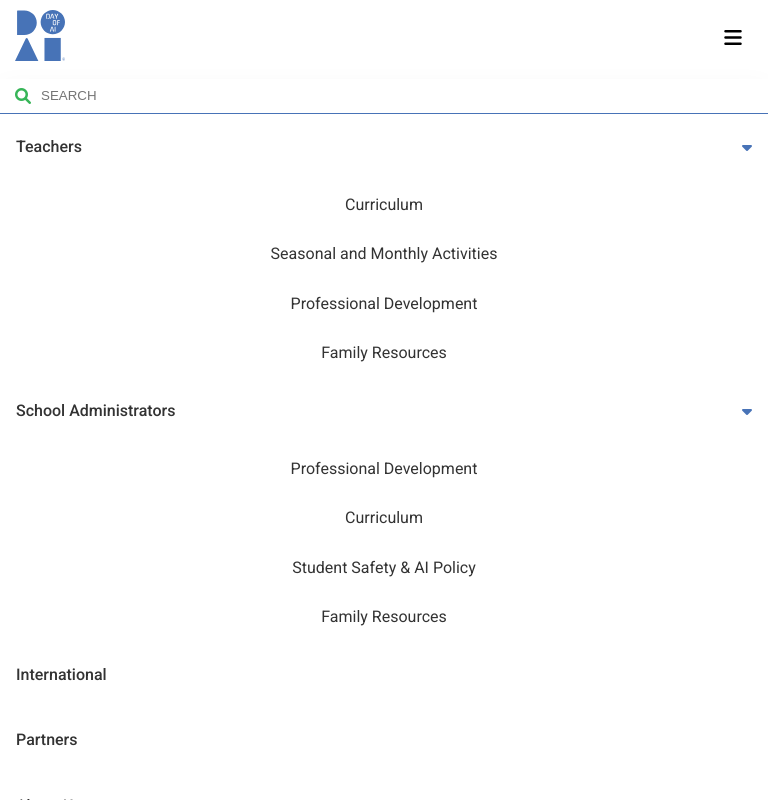
Repository: dinhtri123/dayofai
Page: index.html
These files come from the project's save history. The page is drawn as it stood at one moment and after the next save; the edit follows.
The browser window is 768 px wide. The pictures show the window.
A layer covers the whole window, so only the first screen is drawn. Some web fonts or font styles are not loaded; a fallback is used.

Above is the page before, as saved 2025-06-28 17:00:37.

### index.html
<!DOCTYPE html>
<html lang="en">

<head>
  <meta charset="UTF-8">
  <meta name="viewport" content="width=device-width, initial-scale=1.0">
  <title>Day of AI - AI is for everyone</title>
  <link rel="stylesheet" href="styles.css">
  <link rel="preconnect" href="https://fonts.googleapis.com">
  <link rel="preconnect" href="https://fonts.gstatic.com" crossorigin>
  <link href="https://fonts.googleapis.com/css2?family=Gugi&family=Roboto:ital,wght@0,100..900;1,100..900&display=swap" rel="stylesheet">
  <link rel="stylesheet" href="https://cdnjs.cloudflare.com/ajax/libs/font-awesome/6.0.0/css/all.min.css">
</head>

<body>
  <!-- Header -->
  <header class="header">
    <nav class="navbar container">
      <div class="nav-container">
        <div class="nav-logo">
          <img src="./images/logo.svg" alt="Day of AI Logo">
        </div>

        <div class="header-main">
          <div class="header-search">
            <i class="fa-solid fa-magnifying-glass"></i>
            <input type="search" name="search" id="search" placeholder="SEARCH">
          </div>
          <div class="header-menu">
            <ul class="nav-menu">
              <li class="nav-item dropdown">
                <a href="#" class="nav-link">Teachers <i class="fa-solid fa-caret-down"></i></a>
                <ul class="dropdown-menu">
                  <li><a href="#">Curriculum</a></li>
                  <li><a href="#">Seasonal and Monthly Activities</a></li>
                  <li><a href="#">Professional Development</a></li>
                  <li><a href="#">Family Resources</a></li>
                </ul>
              </li>
              <li class="nav-item dropdown">
                <a href="#" class="nav-link">School Administrators <i class="fa-solid fa-caret-down"></i></a>
                <ul class="dropdown-menu">
                  <li><a href="#">Professional Development</a></li>
                  <li><a href="#">Curriculum</a></li>
                  <li><a href="#">Student Safety & AI Policy</a></li>
                  <li><a href="#">Family Resources</a></li>
                </ul>
              </li>
              <li class="nav-item">
                <a href="#" class="nav-link">International</a>
              </li>
              <li class="nav-item">
                <a href="#" class="nav-link">Partners</a>
              </li>
              <li class="nav-item dropdown">
                <a href="#" class="nav-link">About Us <i class="fa-solid fa-caret-down"></i></a>
                <ul class="dropdown-menu">
                  <li><a href="#">Our Team</a></li>
                  <li><a href="#">Our Story</a></li>
                  <li><a href="#">FAQ</a></li>
                  <li><a href="#">News & Impact</a></li>
                </ul>
              </li>
              <li class="nav-item">
                <a href="#" class="nav-link">Contact Us</a>
              </li>
            </ul>
            <div class="nav-buttons">
              <button class="btn btn-primary">Register</button>
            </div>
          </div>
        </div>


        <div class="hamburger">
          <span class="icon-menu">
            <i class="fa-solid fa-bars"></i>
          </span>
          <span class="icon-close">
            <i class="fa-solid fa-xmark"></i>
          </span>
        </div>
      </div>
    </nav>
  </header>

  <!-- Hero Section -->
  <section class="hero">
    <div class="container">
      <div class="hero-content">
        <h1 class="hero-title">AI is for everyone.</h1>
        <p class="hero-subtitle">Empower your school and your students to thrive in a world of AI!</p>
        <div class="hero-banner">
          <div class="banner-content">
            <h3>Day of AI + Common Sense Media Have Teamed Up for Families!</h3>
            <button class="btn btn-primary">Learn More</button>
          </div>
        </div>
      </div>
    </div>
  </section>

  <!-- Main Content Section -->
  <section class="main-content">
    <div class="container">
      <div class="content-grid">
        <div class="content-item">
          <h2>Day of AI isn't just one day</h2>
          <p>—it's your day to explore AI whenever it fits your schedule! Whether a single lesson or a full event, Day
            of AI can be run at your school over a day, week, month, or year. Feel free to contact us to help you decide
            how to bring AI literacy to your students!</p>
        </div>

        <div class="content-item">
          <h2>We work with schools and school districts to:</h2>
          <div class="services-grid">
            <div class="service-card">
              <h3>Create AI literacy programs for all school stakeholders, including students, teachers, administrators,
                and families.</h3>
            </div>
            <div class="service-card">
              <h3>Train and educate teachers on how to use AI and AI-enabled tools to support their work.</h3>
            </div>
            <div class="service-card">
              <h3>Ensure student safety by developing responsible and equitable AI policies in their school.</h3>
            </div>
          </div>
        </div>
      </div>
    </div>
  </section>

  <!-- Features Section -->
  <section class="features">
    <div class="container">
      <div class="features-grid">
        <div class="feature-card">
          <div class="feature-icon">
            <i class="fas fa-book"></i>
          </div>
          <h3>Curriculum</h3>
          <p>We provide an extensive set of hands-on freely available AI literacy curriculum for K12 students of all
            backgrounds and abilities.</p>
        </div>

        <div class="feature-card">
          <div class="feature-icon">
            <i class="fas fa-graduation-cap"></i>
          </div>
          <h3>Professional Development</h3>
          <p>We offer a number of professional development opportunities for teachers and schools interested in learning
            more about using AI and basic AI literacy for their various constituents.</p>
        </div>

        <div class="feature-card">
          <div class="feature-icon">
            <i class="fas fa-shield-alt"></i>
          </div>
          <h3>Student Safety and AI Policy</h3>
          <p>We work with schools and school districts in providing guidance on developing appropriate AI policies
            customized for specific school needs and families.</p>
        </div>
      </div>
    </div>
  </section>

  <!-- About Section -->
  <section class="about">
    <div class="container">
      <div class="about-content">
        <h2>Our Story</h2>
        <p>Day of AI brings free and open-source AI tools, curriculum, assessments, and teacher professional development
          materials developed by MIT RAISE to students and educators everywhere.</p>

        <div class="mit-section">
          <h3>Powered by MIT RAISE</h3>
          <p>Day of AI was born at MIT in June 2021. Led by a team of faculty and research scientists at MIT
            RAISE…..(more)</p>
        </div>

        <div class="partners-section">
          <h3>Our Collaborators and Partners</h3>
          <div class="partners-grid">
            <div class="partner-logo">Partner 1</div>
            <div class="partner-logo">Partner 2</div>
            <div class="partner-logo">Partner 3</div>
            <div class="partner-logo">Partner 4</div>
          </div>
        </div>
      </div>
    </div>
  </section>

  <!-- CTA Section -->
  <section class="cta">
    <div class="container">
      <div class="cta-content">
        <h2>Bring Day of AI to Your School or School District</h2>
        <div class="cta-buttons">
          <button class="btn btn-primary">Register</button>
          <button class="btn btn-secondary">Learn More</button>
        </div>
      </div>
    </div>
  </section>

  <!-- Footer -->
  <footer class="footer">
    <div class="container">
      <div class="footer-content">
        <div class="footer-section">
          <p>&copy; 2025, Day of AI. All Rights Reserved.</p>
          <div class="footer-links">
            <a href="#">Privacy Policy</a>
            <a href="#">Accessibility</a>
            <a href="#">Terms of Use</a>
            <a href="#">Boston Web Design</a>
          </div>
        </div>

        <div class="footer-legal">
          <p>Unless stated otherwise, the DAY OF AI curriculum is licensed under a Creative Commons
            Attribution-NonCommercial-ShareAlike 4.0 International License (the "DAY OF AI Creative Commons license").
            The DAY OF AI Creative Commons license does not include a license to use the trademarks and service marks,
            DAY OF AI, DAY OF AI (and Design), the DAY OF AI logo, MASSACHUSETTS INSTITUTE OF TECHNOLOGY, MIT, the MIT
            logo, MIT RAISE, RAISE, or any other trademarks, service marks, or other intellectual property, owned by, or
            associated with, Massachusetts Institute of Technology, and such use is expressly excluded. DAY OF AI, DAY
            OF AI (and Design), and the DAY OF AI logo are trademarks and service marks of MASSACHUSETTS INSTITUTE OF
            TECHNOLOGY. All rights are reserved.</p>
        </div>

        <div class="footer-translate">
          <button class="translate-btn">Translate »</button>
        </div>
      </div>
    </div>
  </footer>

  <script src="script.js"></script>
</body>

</html>

### styles.css
:root {
  --font-family: "Roboto", sans-serif;
  --font-secondary: "Gugi", cursive;
  --color-primary: #4873b7;
  --color-secondary: #37b558;
  --color-third: #f26739;
}
* {
  margin: 0;
  padding: 0;
  box-sizing: border-box;
}

body {
  font-family: var(--font-family);
  line-height: 1.6;
  color: #333;
  overflow-x: hidden;
}

.container {
  max-width: 1170px;
  margin: 0 auto;
  padding: 0 15px;
}

/* Header Styles */
.header {
  background: #fff;
  box-shadow: 0 2px 10px rgba(0, 0, 0, 0.1);
  position: fixed;
  top: 0;
  width: 100%;
  z-index: 1000;
}
.header-main {
  display: flex;
  flex-direction: column;
  flex: 1;
}
.header-search {
  display: flex;
  align-items: center;
  justify-content: end;
  border-bottom: 1px solid var(--color-primary);
  height: 35px;
}
.header-search input {
  border: none;
  outline: none;
  width: 100px;
  max-width: 300px;
  height: 100%;
  padding: 0 10px;
  transition: width 1s linear;
}
.header-search i {
  color: var(--color-secondary);
}

.navbar {
  padding: 10px 15px;
}

.nav-container {
  display: flex;
  justify-content: space-between;
  align-items: center;
}
.nav-logo {
  max-width: 160px;
  width: 100%;
  height: auto;
}

.nav-logo img {
  max-width: 90px;
  width: 100%;
  height: auto;
}

.header-menu {
  display: flex;
  align-items: center;
  justify-content: end;
  flex-wrap: wrap;
}
.nav-menu {
  display: flex;
  list-style: none;
  align-items: center;
}

.nav-item {
  position: relative;
}

.nav-link {
  text-decoration: none;
  color: #333;
  font-weight: 500;
  padding: 20px 16px;
  transition: color 0.3s ease;
  display: flex;
  align-items: center;
  gap: 5px;
}

.nav-link:hover {
  color: #2563eb;
}
.nav-link i {
  color: var(--color-primary);
}

.dropdown-menu {
  position: absolute;
  top: 100%;
  left: 0;
  background: #fff;
  box-shadow: 0 4px 20px rgba(0, 0, 0, 0.15);
  border-radius: 8px;
  min-width: 250px;
  width: max-content;
  opacity: 0;
  visibility: hidden;
  transform: translateY(-10px);
  transition: all 0.3s ease;
  list-style: none;
  overflow: hidden;
}

.dropdown:hover .dropdown-menu {
  opacity: 1;
  visibility: visible;
  transform: translateY(0);
}

.dropdown-menu li a {
  display: block;
  padding: 0.75rem 1.5rem;
  color: #333;
  text-decoration: none;
  transition: background-color 0.2s ease;
}

.dropdown-menu li a:hover {
  background-color: var(--color-primary);
  color: #fff;
}

.btn {
  display: flex;
  align-items: center;
  margin-left: 24px;
  font-family: var(--font-secondary);
  background-color: var(--color-secondary);
  color: #fff;
  padding: 0px 32px;
  border-radius: 30px;
  min-height: 45px;
  text-transform: uppercase;
  border: none;
  line-height: 1;
  font-size: 16px;
  transition: all 0.3s ease;
}
.btn-primary {
  background-color: var(--color-secondary);
}
.btn-primary:hover {
  background-color: var(--color-third);
}
.btn-secondary {
  background-color: var(--color-third);
  color: white;
}
.btn-secondary:hover {
  background-color: var(--color-secondary);
}
.bth-third {
  background: transparent;
  color: white;
  border: 1px solid white;
}
.bth-third:hover {
  background-color: var(--color-secondary);
}
.hamburger {
  display: none;
  flex-direction: column;
  cursor: pointer;
}
.hamburger i {
  font-size: 20px;
  color: black;
}

/* Hero Section */
.hero {
  background: linear-gradient(135deg, #667eea 0%, #764ba2 100%);
  color: #fff;
  padding: 120px 0 80px;
  text-align: center;
}

.hero-content {
  max-width: 800px;
  margin: 0 auto;
}

.hero-title {
  font-size: 3.5rem;
  font-weight: 700;
  margin-bottom: 1.5rem;
  line-height: 1.2;
}

.hero-subtitle {
  font-size: 1.25rem;
  margin-bottom: 3rem;
  opacity: 0.9;
}

.hero-banner {
  background: rgba(255, 255, 255, 0.1);
  backdrop-filter: blur(10px);
  border-radius: 16px;
  padding: 2rem;
  margin-top: 2rem;
  border: 1px solid rgba(255, 255, 255, 0.2);
}

.banner-content h3 {
  font-size: 1.5rem;
  margin-bottom: 1.5rem;
}

/* Main Content Section */
.main-content {
  padding: 80px 0;
  background: #f8fafc;
}

.content-grid {
  display: grid;
  gap: 4rem;
}

.content-item h2 {
  font-size: 2.5rem;
  font-weight: 600;
  margin-bottom: 1.5rem;
  color: #1e293b;
}

.content-item p {
  font-size: 1.1rem;
  color: #64748b;
  line-height: 1.8;
}

.services-grid {
  display: grid;
  grid-template-columns: repeat(auto-fit, minmax(300px, 1fr));
  gap: 2rem;
  margin-top: 2rem;
}

.service-card {
  background: #fff;
  padding: 2rem;
  border-radius: 12px;
  box-shadow: 0 4px 20px rgba(0, 0, 0, 0.08);
  transition: transform 0.3s ease, box-shadow 0.3s ease;
}

.service-card:hover {
  transform: translateY(-5px);
  box-shadow: 0 8px 30px rgba(0, 0, 0, 0.12);
}

.service-card h3 {
  font-size: 1.25rem;
  font-weight: 600;
  color: #1e293b;
  line-height: 1.4;
}

/* Features Section */
.features {
  padding: 80px 0;
  background: #fff;
}

.features-grid {
  display: grid;
  grid-template-columns: repeat(auto-fit, minmax(350px, 1fr));
  gap: 3rem;
}

.feature-card {
  text-align: center;
  padding: 2rem;
  border-radius: 16px;
  transition: transform 0.3s ease;
}

.feature-card:hover {
  transform: translateY(-5px);
}

.feature-icon {
  width: 80px;
  height: 80px;
  background: linear-gradient(135deg, #667eea 0%, #764ba2 100%);
  border-radius: 50%;
  display: flex;
  align-items: center;
  justify-content: center;
  margin: 0 auto 1.5rem;
  color: #fff;
  font-size: 2rem;
}

.feature-card h3 {
  font-size: 1.5rem;
  font-weight: 600;
  margin-bottom: 1rem;
  color: #1e293b;
}

.feature-card p {
  color: #64748b;
  line-height: 1.6;
}

/* About Section */
.about {
  padding: 80px 0;
  background: #f8fafc;
}

.about-content {
  max-width: 800px;
  margin: 0 auto;
  text-align: center;
}

.about-content h2 {
  font-size: 2.5rem;
  font-weight: 600;
  margin-bottom: 1.5rem;
  color: #1e293b;
}

.about-content p {
  font-size: 1.1rem;
  color: #64748b;
  line-height: 1.8;
  margin-bottom: 3rem;
}

.mit-section {
  background: #fff;
  padding: 2rem;
  border-radius: 12px;
  margin: 2rem 0;
  box-shadow: 0 4px 20px rgba(0, 0, 0, 0.08);
}

.mit-section h3 {
  font-size: 1.5rem;
  font-weight: 600;
  margin-bottom: 1rem;
  color: #1e293b;
}

.partners-section {
  margin-top: 3rem;
}

.partners-section h3 {
  font-size: 1.5rem;
  font-weight: 600;
  margin-bottom: 2rem;
  color: #1e293b;
}

.partners-grid {
  display: grid;
  grid-template-columns: repeat(auto-fit, minmax(200px, 1fr));
  gap: 2rem;
}

.partner-logo {
  background: #fff;
  padding: 2rem;
  border-radius: 8px;
  text-align: center;
  box-shadow: 0 2px 10px rgba(0, 0, 0, 0.1);
  font-weight: 600;
  color: #64748b;
}

/* CTA Section */
.cta {
  padding: 80px 0;
  background: linear-gradient(135deg, #667eea 0%, #764ba2 100%);
  color: #fff;
  text-align: center;
}

.cta-content h2 {
  font-size: 2.5rem;
  font-weight: 600;
  margin-bottom: 2rem;
}

.cta-buttons {
  display: flex;
  gap: 1rem;
  justify-content: center;
  flex-wrap: wrap;
}

/* Footer */
.footer {
  background: #1e293b;
  color: #fff;
  padding: 60px 0 30px;
}

.footer-content {
  display: grid;
  gap: 2rem;
}

.footer-section {
  display: flex;
  justify-content: space-between;
  align-items: center;
  flex-wrap: wrap;
  gap: 1rem;
}

.footer-links {
  display: flex;
  gap: 2rem;
  flex-wrap: wrap;
}

.footer-links a {
  color: #cbd5e1;
  text-decoration: none;
  transition: color 0.3s ease;
}

.footer-links a:hover {
  color: #fff;
}

.footer-legal {
  border-top: 1px solid #334155;
  padding-top: 2rem;
}

.footer-legal p {
  font-size: 0.9rem;
  color: #94a3b8;
  line-height: 1.6;
}

.footer-translate {
  text-align: center;
  padding-top: 2rem;
}

.translate-btn {
  background: transparent;
  color: #cbd5e1;
  border: 1px solid #475569;
  padding: 0.5rem 1rem;
  border-radius: 6px;
  cursor: pointer;
  transition: all 0.3s ease;
}

.translate-btn:hover {
  background: #475569;
  color: #fff;
}

/* Responsive Design */
@media (max-width: 768px) {
  .header-main {
    position: absolute;
    top: 100%;
    left: 0px;
    flex-direction: column;
    background-color: #fff;
    width: 100%;
    text-align: center;
    transition: 0.3s;
    box-shadow: 0 10px 27px rgba(0, 0, 0, 0.05);
    z-index: 1000;
  }

  .nav-menu.active {
    left: 0;
  }
  .header-search {
    padding: 0px 15px;
  }
  .navbar {
    padding: 10px 15px !important;
  }
  .nav-menu li {
    width: 100%;
  }
  .nav-logo img {
    max-width: 50px;
  }
  .nav-link {
    justify-content: space-between;
  }
  .header-search input {
    width: 100%;
    max-width: 100%;
  }
  .dropdown-menu {
    position: static;
    opacity: 1;
    visibility: visible;
    transform: none;
    box-shadow: none;
    width: 100%;

  }

  .hamburger {
    display: flex;
    width: 40px;
    height: 40px;
    align-items: center;
    justify-content: center;
  }
  .nav-menu {
    flex-direction: column;
    width: 100%;
  }
  .header-menu {
    justify-content: start;

  }
  .icon-close {
    display: none;
  }
  .hamburger.active .icon-menu {
    display: none;
  }

  .hamburger.active .icon-close {
    display: block;
  }

  .nav-buttons {
    display: none;
  }

  .hero-title {
    font-size: 2.5rem;
  }

  .hero-subtitle {
    font-size: 1.1rem;
  }

  .content-item h2,
  .about-content h2,
  .cta-content h2 {
    font-size: 2rem;
  }

  .services-grid,
  .features-grid {
    grid-template-columns: 1fr;
  }

  .footer-section {
    flex-direction: column;
    text-align: center;
  }

  .footer-links {
    justify-content: center;
  }

  .cta-buttons {
    flex-direction: column;
    align-items: center;
  }

  .cta-buttons .btn {
    width: 100%;
    max-width: 300px;
  }
}

@media (max-width: 480px) {
  .container {
    padding: 0 15px;
  }

  .hero {
    padding: 100px 0 60px;
  }

  .hero-title {
    font-size: 2rem;
  }

  .main-content,
  .features,
  .about,
  .cta {
    padding: 60px 0;
  }

  .service-card,
  .feature-card {
    padding: 1.5rem;
  }
}

/* Animations */
@keyframes fadeInUp {
  from {
    opacity: 0;
    transform: translateY(30px);
  }
  to {
    opacity: 1;
    transform: translateY(0);
  }
}

.hero-content,
.content-item,
.feature-card,
.about-content {
  animation: fadeInUp 0.8s ease-out;
}

### script.js
// Header Search
const media = window.matchMedia("(max-width: 768px)");
if (media.matches) {
  const searchInput = document.querySelector(".header-search input");

  searchInput.addEventListener("click", () => {
    searchInput.style.width = "100%";
  });
  document.addEventListener("click", (e) => {
    if (!searchInput.contains(e.target)) {
      searchInput.style.width = "100px";
    }
  });
}

// Mobile Navigation Toggle
const hamburger = document.querySelector(".hamburger");
const headerMain = document.querySelector(".header-main");

hamburger.addEventListener("click", () => {
  hamburger.classList.toggle("active");
  headerMain.classList.toggle("active");
});

// Close mobile menu when clicking on a link
document.querySelectorAll(".nav-link").forEach((n) =>
  n.addEventListener("click", () => {
    hamburger.classList.remove("active");
    navMenu.classList.remove("active");
  })
);

// Smooth scrolling for anchor links
document.querySelectorAll('a[href^="#"]').forEach((anchor) => {
  anchor.addEventListener("click", function (e) {
    e.preventDefault();
    const target = document.querySelector(this.getAttribute("href"));
    if (target) {
      target.scrollIntoView({
        behavior: "smooth",
        block: "start",
      });
    }
  });
});

// Header background change on scroll
window.addEventListener("scroll", () => {
  const header = document.querySelector(".header");
  if (window.scrollY > 100) {
    header.style.background = "rgba(255, 255, 255, 0.95)";
    header.style.backdropFilter = "blur(10px)";
  } else {
    header.style.background = "#fff";
    header.style.backdropFilter = "none";
  }
});

// Intersection Observer for animations
const observerOptions = {
  threshold: 0.1,
  rootMargin: "0px 0px -50px 0px",
};

const observer = new IntersectionObserver((entries) => {
  entries.forEach((entry) => {
    if (entry.isIntersecting) {
      entry.target.style.opacity = "1";
      entry.target.style.transform = "translateY(0)";
    }
  });
}, observerOptions);

// Observe elements for animation
document.addEventListener("DOMContentLoaded", () => {
  const animatedElements = document.querySelectorAll(
    ".service-card, .feature-card, .content-item"
  );

  animatedElements.forEach((el) => {
    el.style.opacity = "0";
    el.style.transform = "translateY(30px)";
    el.style.transition = "opacity 0.6s ease, transform 0.6s ease";
    observer.observe(el);
  });
});

// Button click effects
document.querySelectorAll(".btn").forEach((button) => {
  button.addEventListener("click", function (e) {
    // Create ripple effect
    const ripple = document.createElement("span");
    const rect = this.getBoundingClientRect();
    const size = Math.max(rect.width, rect.height);
    const x = e.clientX - rect.left - size / 2;
    const y = e.clientY - rect.top - size / 2;

    ripple.style.width = ripple.style.height = size + "px";
    ripple.style.left = x + "px";
    ripple.style.top = y + "px";
    ripple.classList.add("ripple");

    this.appendChild(ripple);

    setTimeout(() => {
      ripple.remove();
    }, 600);
  });
});

// Add ripple effect styles
const style = document.createElement("style");
style.textContent = `
    .btn {
        position: relative;
        overflow: hidden;
    }

    .ripple {
        position: absolute;
        border-radius: 50%;
        background: rgba(255, 255, 255, 0.3);
        transform: scale(0);
        animation: ripple-animation 0.6s linear;
        pointer-events: none;
    }

    @keyframes ripple-animation {
        to {
            transform: scale(4);
            opacity: 0;
        }
    }
`;
document.head.appendChild(style);

// Form validation (if forms are added later)
function validateForm(form) {
  const inputs = form.querySelectorAll("input[required], textarea[required]");
  let isValid = true;

  inputs.forEach((input) => {
    if (!input.value.trim()) {
      input.classList.add("error");
      isValid = false;
    } else {
      input.classList.remove("error");
    }
  });

  return isValid;
}

// Lazy loading for images
if ("IntersectionObserver" in window) {
  const imageObserver = new IntersectionObserver((entries, observer) => {
    entries.forEach((entry) => {
      if (entry.isIntersecting) {
        const img = entry.target;
        img.src = img.dataset.src;
        img.classList.remove("lazy");
        imageObserver.unobserve(img);
      }
    });
  });

  document.querySelectorAll("img[data-src]").forEach((img) => {
    imageObserver.observe(img);
  });
}

// Search functionality (if search is added)
function performSearch(query) {
  // Implementation for search functionality
  console.log("Searching for:", query);
}

// Newsletter subscription (if added)
function subscribeNewsletter(email) {
  // Implementation for newsletter subscription
  console.log("Subscribing email:", email);
  return new Promise((resolve) => {
    setTimeout(() => {
      resolve({ success: true, message: "Successfully subscribed!" });
    }, 1000);
  });
}

// Contact form submission (if added)
async function submitContactForm(formData) {
  // Implementation for contact form submission
  console.log("Submitting contact form:", formData);
  return new Promise((resolve) => {
    setTimeout(() => {
      resolve({ success: true, message: "Message sent successfully!" });
    }, 2000);
  });
}

// Utility functions
function debounce(func, wait) {
  let timeout;
  return function executedFunction(...args) {
    const later = () => {
      clearTimeout(timeout);
      func(...args);
    };
    clearTimeout(timeout);
    timeout = setTimeout(later, wait);
  };
}

function throttle(func, limit) {
  let inThrottle;
  return function () {
    const args = arguments;
    const context = this;
    if (!inThrottle) {
      func.apply(context, args);
      inThrottle = true;
      setTimeout(() => (inThrottle = false), limit);
    }
  };
}

// Performance optimization: Debounced scroll handler
const debouncedScrollHandler = debounce(() => {
  // Any scroll-based functionality can be added here
}, 16);

window.addEventListener("scroll", debouncedScrollHandler);

// Accessibility improvements
document.addEventListener("keydown", (e) => {
  // Close mobile menu on Escape key
  if (e.key === "Escape" && navMenu.classList.contains("active")) {
    hamburger.classList.remove("active");
    navMenu.classList.remove("active");
  }
});

// Focus management for mobile menu
hamburger.addEventListener("keydown", (e) => {
  if (e.key === "Enter" || e.key === " ") {
    e.preventDefault();
    hamburger.click();
  }
});

// Add loading states to buttons
document.querySelectorAll(".btn").forEach((button) => {
  button.addEventListener("click", function () {
    if (
      this.classList.contains("btn-primary") ||
      this.classList.contains("btn-secondary")
    ) {
      const originalText = this.textContent;
      this.textContent = "Loading...";
      this.disabled = true;

      setTimeout(() => {
        this.textContent = originalText;
        this.disabled = false;
      }, 2000);
    }
  });
});

// Console welcome message
console.log(
  "%cWelcome to Day of AI! 🚀",
  "color: #2563eb; font-size: 20px; font-weight: bold;"
);
console.log(
  "%cEmpowering schools and students to thrive in a world of AI",
  "color: #64748b; font-size: 14px;"
);

After the next save:
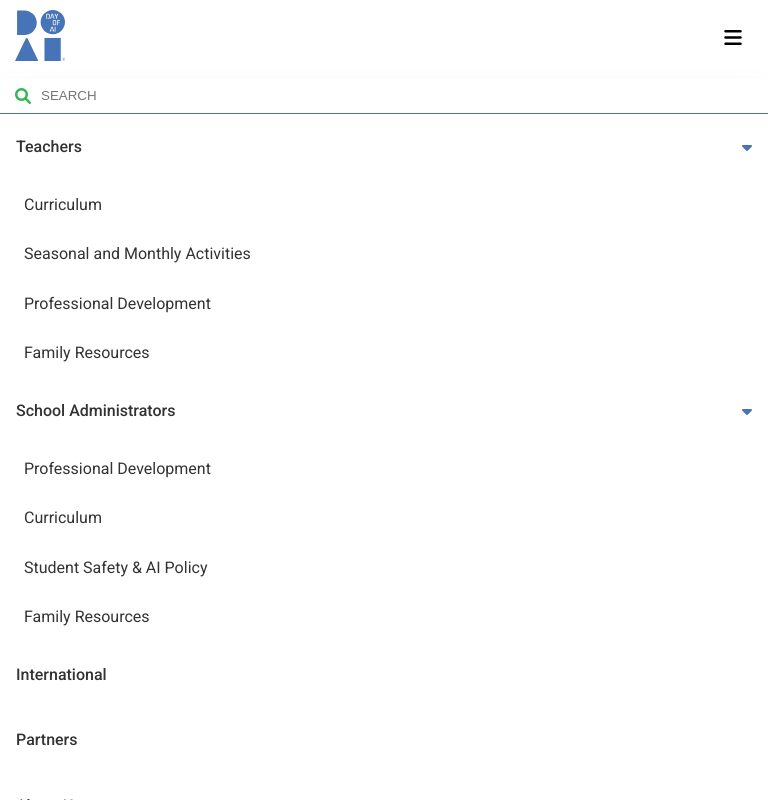
Saved 11 s later.
--- a/styles.css
+++ b/styles.css
@@ -537,6 +537,9 @@
     width: 100%;
 
   }
+  .dropdown-menu li a {
+    text-align: left;
+  }
 
   .hamburger {
     display: flex;
